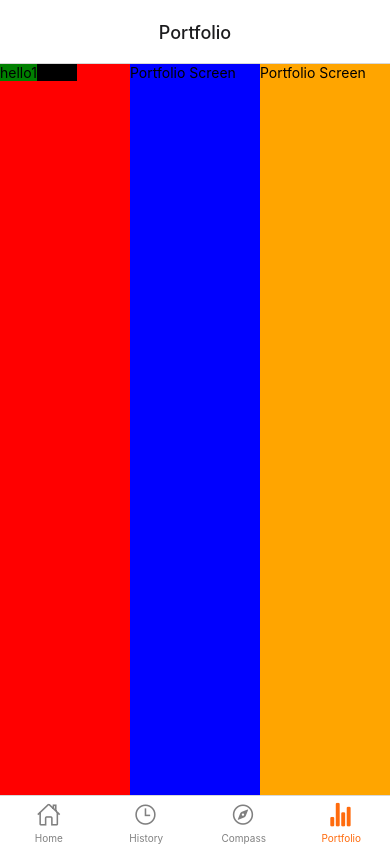
Repository: duongnoob23/WIND_SPEED_IOT
Screen: /Portfolio
These files come from the project's save history. The screen is drawn as it stood at one moment and after the next save; the edit follows.
The app was drawn by React Native's web renderer in a window 390 px wide. The project was rebuilt for these pictures with package versions that can differ from the ones it lists, and the page was loaded fresh each time. Also part of the build but not shown: src/page/screens/HomeScreen.js, src/page/screens/ExpensesScreen.js.

Above is the screen before, as saved 2025-03-11 14:39:54.

### App.tsx
import React from "react";
import { NavigationContainer } from "@react-navigation/native";
import AppNavigator from "./src/navigation/AppNavigator";

const App = (): JSX.Element => {
  return (
    <NavigationContainer>
      <AppNavigator />
    </NavigationContainer>
  );
};

export default App;

### src/navigation/AppNavigator.tsx
import React from "react";
import TabNavigator from "./TabNavigator";

const AppNavigator = () => {
  return <TabNavigator />;
};

export default AppNavigator;

### src/navigation/TabNavigator.tsx
import React from "react";
import { createBottomTabNavigator } from "@react-navigation/bottom-tabs";
import { Ionicons } from "@expo/vector-icons";

// Import các màn hình
import HomeScreen from "../page/screens/HomeScreen";
import ExpensesScreen from "../page/screens/ExpensesScreen";
import PortfolioScreen from "../page/screens/PortfolioScreen";
import BankAccountsScreen from "../page/screens/BankAccountsScreen";
import WindScreen from "../page/screens/WindScreen";
import CoreNavigation from "../page/screens/CoreNavigation";

const Tab = createBottomTabNavigator();

const TabNavigator = () => {
  return (
    <Tab.Navigator
      screenOptions={({ route }) => ({
        tabBarIcon: ({ focused, color, size }) => {
          let iconName: keyof typeof Ionicons.glyphMap;
          if (route.name === "Home") {
            iconName = focused ? "home" : "home-outline";
          } else if (route.name === "Expenses") {
            iconName = focused ? "cash" : "cash-outline";
          } else if (route.name === "Portfolio") {
            iconName = focused ? "stats-chart" : "stats-chart-outline";
          } else if (route.name === "BankAccounts") {
            iconName = focused ? "wallet" : "wallet-outline";
          } else if (route.name === "History") {
            iconName = focused ? "time" : "time-outline"; // Ví dụ
          } else if (route.name === "Compass") {
            iconName = focused ? "compass" : "compass-outline"; // Ví dụ
          } else {
            iconName = "help-circle-outline";
          }
          return <Ionicons name={iconName} size={size} color={color} />;
        },
        tabBarActiveTintColor: "#FF6B0D",
        tabBarInactiveTintColor: "gray",
        headerTitleAlign: "center",
      })}
    >
      <Tab.Screen name="Home" component={WindScreen} />
      <Tab.Screen name="History" component={HomeScreen} />
      <Tab.Screen name="Compass" component={ExpensesScreen} />
      <Tab.Screen name="Portfolio" component={PortfolioScreen} />
      {/* <Tab.Screen name="BankAccounts" component={BankAccountsScreen} />
      <Tab.Screen name="Core" component={CoreNavigation} /> */}
    </Tab.Navigator>
  );
};
export default TabNavigator;

### src/page/screens/PortfolioScreen.js
import React from "react";
import { View, Text, StyleSheet } from "react-native";

export default function PortfolioScreen() {
  return (
    <View style={styles.container}>
      <Text style={styles.box1}>
        <Text style={styles.box11}>hello1</Text>
        <Text style={styles.box12}>hello2</Text>
      </Text>
      <Text style={styles.box2}>Portfolio Screen</Text>
      <Text style={styles.box3}>Portfolio Screen</Text>
    </View>
  );
}

const styles = StyleSheet.create({
  container: {
    flex: 1,
    // justifyContent: "center",
    // alignItems: "center",
    flexDirection: "row",
  },
  box1: {
    width: "100%",
    flex: 1,
    backgroundColor: "red",
    flexDirection: "column",
  },
  box11: {
    flex: 1,
    backgroundColor: "green",
  },
  box12: {
    flex: 1,
    backgroundColor: "black",
  },

  box2: {
    width: "100%",
    flex: 1,
    backgroundColor: "blue",
  },
  box3: {
    width: "100%",
    flex: 1,
    backgroundColor: "orange",
  },
});

### src/page/screens/WindScreen.js
// import React from "react";
// import { View, Text, StyleSheet } from "react-native";
// // Ionicons (hoặc dùng bất kỳ bộ icon nào bạn thích)
// import { Ionicons } from "@expo/vector-icons";

// const WindScreen = () => {
//   // Dữ liệu demo
//   const windSpeed = 7.8; // Đơn vị m/s (hoặc km/h)
//   const windLevel = "Gentle Breeze"; // Mức độ gió (tùy vào thang đo Beaufort)

//   return (
//     <View style={styles.container}>
//       {/* Tiêu đề (ví dụ hiển thị tên địa điểm, có thể bỏ nếu không cần) */}
//       <Text style={styles.locationText}>Hà Nội, Việt Nam</Text>

//       {/* Icon gió lớn ở giữa */}
//       <Ionicons name="md-wind" size={120} color="#fff" style={styles.icon} />

//       {/* Thông số tốc độ gió */}
//       <Text style={styles.windSpeed}>{windSpeed} m/s</Text>

//       {/* Mô tả mức độ gió */}
//       <Text style={styles.windLevel}>{windLevel}</Text>
//     </View>
//   );
// };

// export default WindScreen;

// const styles = StyleSheet.create({
//   container: {
//     flex: 1,
//     backgroundColor: "#4776E6", // Màu nền giả lập, bạn có thể đổi thành gradient
//     alignItems: "center",
//     justifyContent: "center",
//   },
//   locationText: {
//     fontSize: 20,
//     color: "#fff",
//     marginBottom: 20,
//   },
//   icon: {
//     marginVertical: 20,
//   },
//   windSpeed: {
//     fontSize: 50,
//     color: "#fff",
//     fontWeight: "bold",
//     marginBottom: 10,
//   },
//   windLevel: {
//     fontSize: 24,
//     color: "#fff",
//   },
// });

import React, { useEffect } from "react";
import { View, Text, StyleSheet, Animated, ScrollView } from "react-native";
import Icon from "react-native-vector-icons/FontAwesome"; // Sử dụng FontAwesome từ react-native-vector-icons

const WindScreen = () => {
  // Animated value cho hiệu ứng rung
  const shakeAnimation = new Animated.Value(0);

  // Dữ liệu demo
  const currentWindSpeed = 11; // m/s (theo hình ảnh)
  const windLevel = "Heavy Rain"; // Theo hình ảnh
  const forecastData = [
    { day: "Two hours ago", speed: 6.5, icon: "cloud" },
    { day: "One hours ago", speed: 11, icon: "cloud" },
    { day: "Now", speed: 7.8, icon: "cloud" },
  ];

  // Hiệu ứng rung cho icon
  useEffect(() => {
    const animate = () => {
      Animated.sequence([
        Animated.timing(shakeAnimation, {
          toValue: 10,
          duration: 100,
          useNativeDriver: true,
        }),
        Animated.timing(shakeAnimation, {
          toValue: -10,
          duration: 100,
          useNativeDriver: true,
        }),
        Animated.timing(shakeAnimation, {
          toValue: 0,
          duration: 100,
          useNativeDriver: true,
        }),
      ]).start(() => setTimeout(animate, 2000)); // Lặp lại sau 2 giây
    };
    animate();
  }, [shakeAnimation]);

  const shakeStyle = {
    transform: [{ translateX: shakeAnimation }],
  };

  return (
    // <ScrollView>
    <View style={styles.container}>
      <Text style={styles.locationText}>London, United Kingdom</Text>

      <Animated.View style={[styles.iconContainer, shakeStyle]}>
        <Icon name="cloud" size={120} color="#FFD60A" />
      </Animated.View>

      <Text style={styles.windSpeed}>{currentWindSpeed} km/h</Text>
      <Text style={styles.windLevel}>{windLevel}</Text>

      <View style={styles.forecastContainer}>
        {forecastData.map((item, index) => (
          <View key={index} style={styles.forecastBox}>
            <Text style={styles.forecastDay}>{item.day}</Text>
            <Icon name={item.icon} size={30} color="#fff" />
            <Text style={styles.forecastSpeed}>{item.speed} m/s</Text>
          </View>
        ))}
      </View>
    </View>
    // {/* </ScrollView> */}
  );
};

export default WindScreen;

const color1 = "black";

const styles = StyleSheet.create({
  container: {
    flex: 1,
    // backgroundColor: "rgba(0, 0, 0, 0.5)", // Nền mờ ảo
    backgroundColor: "black",
    // borderColor: "black",
    // borderWidth: 10,
    alignItems: "center",
    justifyContent: "center",
    padding: 20,
  },
  locationText: {
    fontSize: 20,
    color: "#fff",
    marginBottom: 20,
    textAlign: "center",
  },
  iconContainer: {
    marginVertical: 20,
  },
  windSpeed: {
    fontSize: 50,
    color: "#FFD60A",
    fontWeight: "bold",
    marginBottom: 20,
    textAlign: "center",
  },
  windLevel: {
    fontSize: 24,
    color: "#fff",
    textAlign: "center",
    marginBottom: 100,
  },
  forecastContainer: {
    flexDirection: "row",
    justifyContent: "space-between",
    width: "100%",
  },
  forecastBox: {
    backgroundColor: "rgba(255, 255, 255, 0.2)", // Ô vuông mờ
    borderWidth: 1,
    borderColor: "#fff",
    borderRadius: 10,
    padding: 10,
    alignItems: "center",
    width: "30%",
  },
  forecastDay: {
    fontSize: 12,
    color: "#fff",
    marginBottom: 5,
  },
  forecastSpeed: {
    fontSize: 18,
    color: "#fff",
    fontWeight: "bold",
  },
});

After the next save:
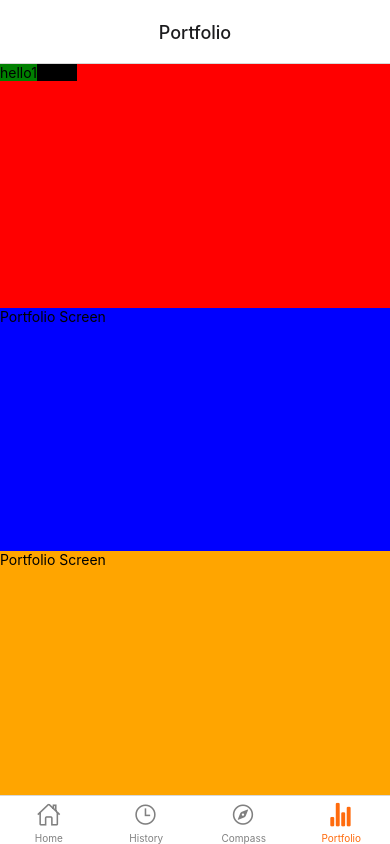
Saved 37 s later.
--- a/src/page/screens/PortfolioScreen.js
+++ b/src/page/screens/PortfolioScreen.js
@@ -19,7 +19,8 @@
     flex: 1,
     // justifyContent: "center",
     // alignItems: "center",
-    flexDirection: "row",
+    // flexDirection: "row",
+    flexDirection: "column",
   },
   box1: {
     width: "100%",

After the save that followed:
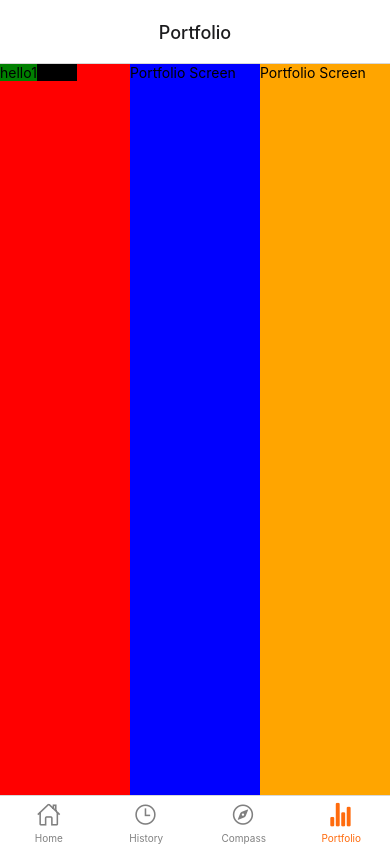
Saved 15 s later.
--- a/src/page/screens/PortfolioScreen.js
+++ b/src/page/screens/PortfolioScreen.js
@@ -19,8 +19,8 @@
     flex: 1,
     // justifyContent: "center",
     // alignItems: "center",
-    // flexDirection: "row",
-    flexDirection: "column",
+    flexDirection: "row",
+    // flexDirection: "column",
   },
   box1: {
     width: "100%",
